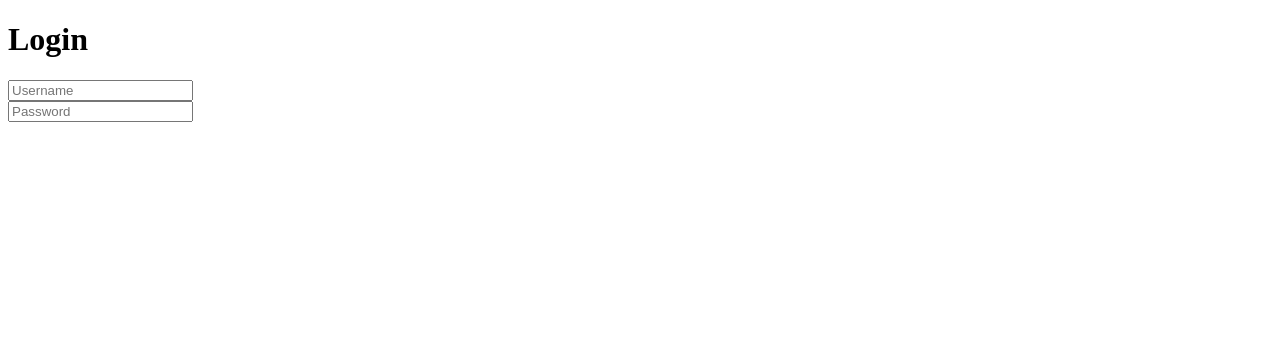
Repository: JOEL-GAYE/Animation-nav
Page: solution/login/index.html
An editor plug-in stored every save of this project. The page is shown before and after the next save, followed by the edit.
The browser window is 1280 px wide. The pictures show the whole page.

Above is the page before, as saved 2024-11-18 06:33:56.

### solution/login/index.html
<!DOCTYPE html>
<html lang="en">
<head>
    <meta charset="UTF-8">
    <meta name="viewport" content="width=device-width, initial-scale=1.0">
    <title>LOGIN</title>
</head>
<body>
    <form class="container">
        <h1 class="login-tittle">Login</h1>
        <section class="input-box">
            <input type="text" name="username" placeholder="Username">
            <i class="bx bxs-user"></i>
        </section>
        <section class="input-box">
            <input type="password" name="password" placeholder="Password">
            <i class=" bx bxs-lock-alt"></i>
        </section>


    </form>
</body>
</html>

After the next save:
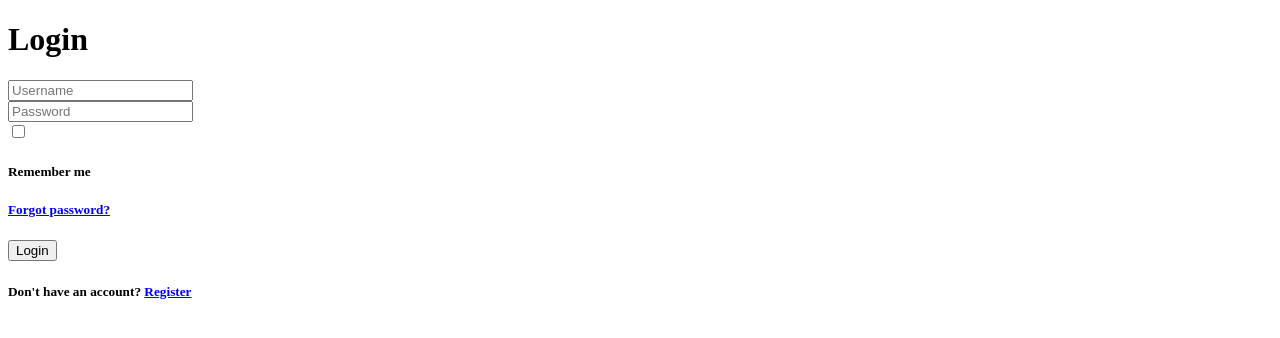
Saved 6 min 7 s later.
--- a/solution/login/index.html
+++ b/solution/login/index.html
@@ -16,7 +16,24 @@
             <input type="password" name="password" placeholder="Password">
             <i class=" bx bxs-lock-alt"></i>
         </section>
-
+        <section class="remember-forgot-box">
+            <div class="remember-me">
+                <input type="checkbox" name="remember-me" id="remember-me">
+                <label for="remember-me">
+                    <h5>Remember me</h5>
+                </label>
+            </div>
+            <a class="forgot-password" href="#">
+                <h5>Forgot password?</h5>
+            </a>
+        </section>
+        <button class="login-button" type="submit">
+            Login
+        </button>
+        <h5 class="dont-have-an-account">
+            Don't have an account?
+            <a href="#"><b>Register</b></a>
+        </h5>
 
     </form>
 </body>
